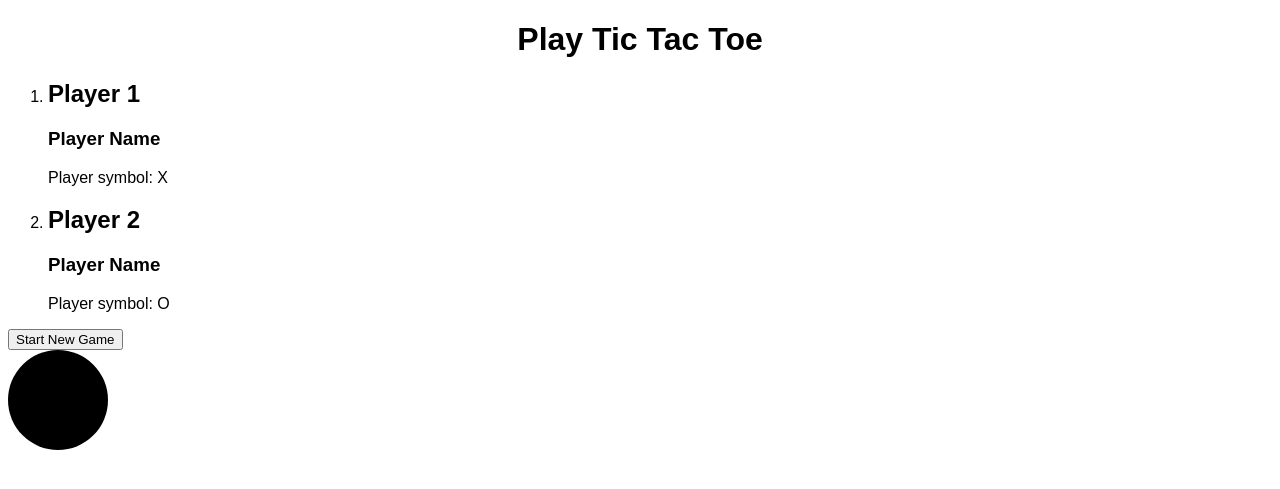
Repository: Harjot00/Wevdev
Page: Tic tac toe/index.html
An editor plug-in stored every save of this project. The page is shown before and after the next save, followed by the edit.
The browser window is 1280 px wide. The pictures show the whole page.
Some web fonts or font styles are not loaded; a fallback is used.

Above is the page before, as saved 2022-05-16 01:59:33.

After the next save:
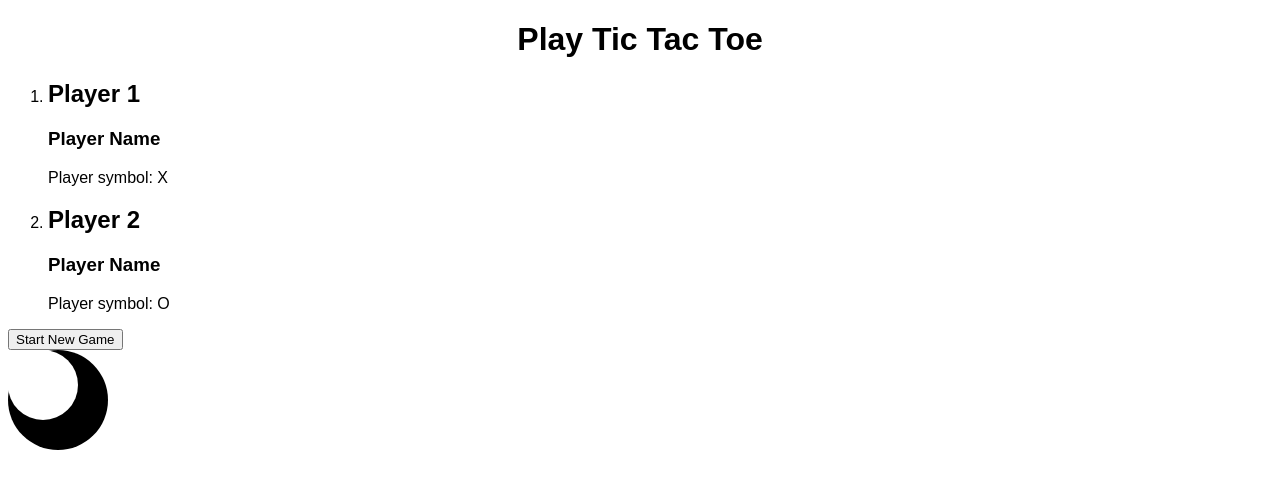
Saved 16 s later.
--- a/Tic tac toe/index.html
+++ b/Tic tac toe/index.html
@@ -31,7 +31,7 @@
             <button>Start New Game</button>
         </div>
          <div class="circle">
-
+            <div class="inside"></div>
         </div>
     </main>
 
